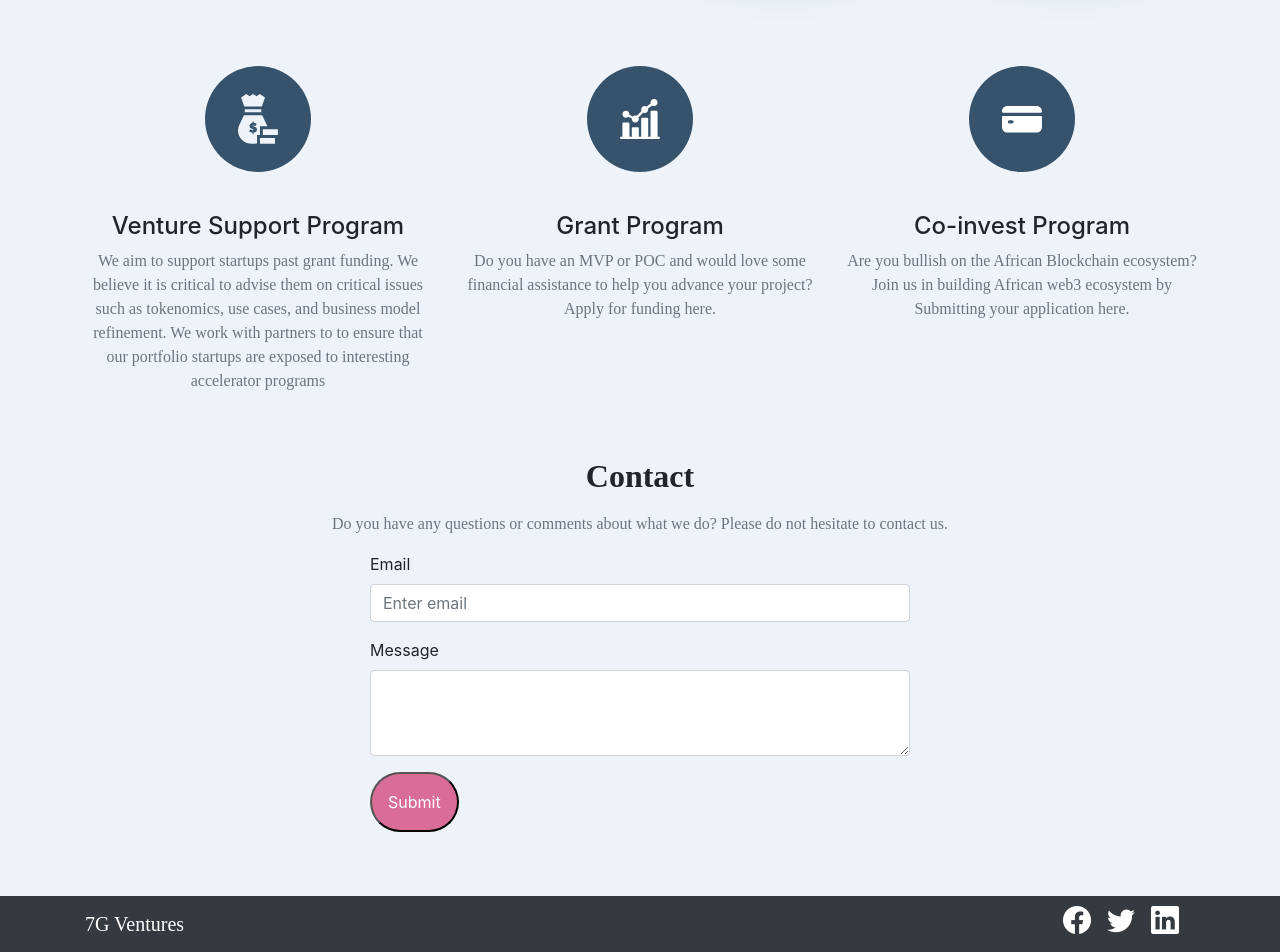
Repository: Jeremicarose/G7-venture
Page: index.html
These files come from the project's save history. The page is drawn as it stood at one moment and after the next save; the edit follows.
The browser window is 1280 px wide. The pictures show the part of the page from y = 2335 to 3287 px (the page is 3287 px tall).
A picture or video elsewhere on the page could not be fetched, so the positions and the page height are approximate.

Above is the page before, as saved 2023-02-03 19:13:14.

### index.html
<html lang="en">
  <head>
    <meta charset="UTF-8" />
    <meta http-equiv="X-UA-Compatible" content="IE=edge" />
    <meta name="viewport" content="width=device-width, initial-scale=1.0" />
    <title>Api</title>
    <link
      rel="stylesheet"
      href="https://cdn.jsdelivr.net/npm/bootstrap-icons@1.5.0/font/bootstrap-icons.css"
    />
    <link
      href="https://cdn.jsdelivr.net/npm/bootstrap@5.0.1/dist/css/bootstrap.min.css"
      rel="stylesheet"
      integrity="sha384-+0n0xVW2eSR5OomGNYDnhzAbDsOXxcvSN1TPprVMTNDbiYZCxYbOOl7+AMvyTG2x"
      crossorigin="anonymous"
    />
    <link
      rel="stylesheet"
      href="https://maxcdn.bootstrapcdn.com/bootstrap/4.0.0/css/bootstrap.min.css"
      integrity="sha384-Gn5384xqQ1aoWXA+058RXPxPg6fy4IWvTNh0E263XmFcJlSAwiGgFAW/dAiS6JXm"
      crossorigin="anonymous"
    />
    <link rel="stylesheet" href="style.css" />
  </head>
  <body>
    <!-- navbar -->
    <section>
      <nav class="navbar navbar-expand-md pt-3 pb-4">
        <nav class="navbar navbar-expand-lg navbar-light ">
          <a class="navbar-brand" href="#">7G Ventures</a>
          <button
            class="navbar-toggler"
            type="button"
            data-toggle="collapse"
            data-target="#navbarNav"
            aria-controls="navbarNav"
            aria-expanded="false"
            aria-label="Toggle navigation"
          >
            <span class="navbar-toggler-icon"></span>
          </button>
        </nav>

          <!-- navbar links -->
          <div
            class="collapse navbar-collapse justify-content-start align-center text-dark"
            id="main-nav"
          >
            <ul class="navbar-nav ps-4 text-white">
              <li class="nav-item">
                <a class="nav-link text-dark" href="#pricing">Ourstory</a>
              </li>
              <li class="nav-item ps-4">
                <a class="nav-link text-dark" href="#about">Programs</a>
              </li>
              <li class="nav-item ps-4">
                <a class="nav-link text-dark" href="#contact">Career</a>
              </li>
              <li class="nav-item ps-4">
                <a class="nav-link text-dark" href="#portfolio">Portfolio</a>
              </li>
              <li class="nav-item ps-4">
                <a class="nav-link text-dark" href="#contact">Contact</a>
              </li>
            </ul>
          </div>

        </div>
      </nav>
    </section>

    <!-- home page -->
    <section id="home-page" class="">
      <div class="container-lg">
        <div class="row g-4 justify-content-center align-items-center">
          <div class="col text-center text-md-start">
            <h1 class="fw-bold pb-5">
              Our Story.
            </h1>

            <p class="text-muted">
              We were established in response to the challenges young African web3 entrepreneurs have in accessing funding for the development and scaling of their innovative web3 solutions.
              We aim to democratise access to funding by making it smooth and simple to  regardless of where in Africa the founders may be from
              At 7G Ventures, we believe that the African web3 ecosystem can significantly thrive and address the majority of its pressing issues if given a level playing field, the attention it requires and the resources it needs.
            </p>
          </div>
          <div class="col text-center d-none d-md-block">
            <!-- tooltip -->
            <span>
              <img
                src="asset\hero-phone.png"
                class="img-fluid"
                alt="hero-phone"
              />
            </span>
          </div>
        </div>
      </div>
    </section>

    <!-- About -->
    <section id="about" class="bg-dark text-white">
      <div class="container-lg">
        <div class="row g-4 justify-content-center align-items-center">
          <div
            class="col text-center text-md-start mb-5 pb-5"
            style="background-image: url(assets\work-shape.png)"
          >
            <h2 class="fw-bold">What we do</h2>

            <p class=" text-secondary">
              <span class="fw-bold">Funding</span>- We collaborate with partners to give web3 entrepreneurs financial
              help as they develop innovative web3 solutions.
            </p>
            <p class=" text-secondary">
              <span class="fw-bold">Industry partnerships</span>- We progress in identifying areas of synergy and
              collaboration between us and other companies for the benefit of our portfolio companies.
            </p>
            <p class=" text-secondary">
              <span class="fw-bold">Consulting</span>- In order to examine the ideal areas of solution deployment, Use cases, and technical execution,
              we consult for both private and public sector enterprises.
            </p>
            <p class=" text-secondary">
              <span class="fw-bold">Capacity building and awareness</span>- We believe that an individual is only going to utilise the technology that he understands.
             That is why we devote the majority of our time and resources to raising awareness about the potential of next-generation technology
            </p>


            <a
              href="#aboutus"
              class="rounded-pill border border-light text-white py-3 px-5"
              >About Us</a
            >
          </div>
          <div class="col text-center d-none d-md-block p-4">
            <!-- tooltip -->
            <div class="row mb-4">
              <div class="col-lg-4 col-md-6">
                <img src="asset\coloured-teslsa.png" alt="teslsa" />
              </div>
              <div class="col-lg-4 col-md-6">
                <img src="asset\coloured-microsoft.png" alt="micro" />
              </div>
              <div class="col-lg-4 col-md-6">
                <img src="asset\coloured-hp.png " alt="hp" />
              </div>
              <div class="col-lg-4 col-md-6 pt-5 text-white">
                <img src="asset\coloured-oracle.png" alt="orac" />
              </div>
              <div class="col-lg-4 col-md-6 pt-5">
                <img src="asset\coloured-google.png" alt="google" />
              </div>
              <div class="col-lg-4 col-md-6 pt-5 ps-2">
                <img src="asset\coloured-nvidia.png" alt="nvidia" />
              </div>
            </div>
          </div>
        </div>
      </div>
    </section>

    <section id="portfolio" class="text-center py-5">
      <div class="container">
        <h2 class="fw-bold pb-2S">Portfolio</h2>
        <p class="description text-secondary">Meet the young companies that are shaping the future of the web</p>

        <div class="row">
          <div class="col-lg-3 col-md-6">
            <div class="card">
              <img src="smartbuilder_logo.png" alt="Smartbuilder Logo" class="card-img-top">
              <div class="card-body">
                <h4 class="card-title title">Smartbuilder</h4>
                <p class="card-text description text-secondary">Innovative web3 solutions</p>
              </div>
            </div>
          </div>

          <div class="col-lg-3 col-md-6">
            <div class="card">
              <img src="another_logo.png" alt="Another Logo" class="card-img-top">
              <div class="card-body">
                <h4 class="card-title title">Another Company</h4>
                <p class="card-text description text-secondary">Leading the charge in web3 technology</p>
              </div>
            </div>
          </div>

          <div class="col-lg-3 col-md-6">
            <div class="card">
              <img src="third_logo.png" alt="Third Logo" class="card-img-top">
              <div class="card-body">
                <h4 class="card-title title">Third Company</h4>
                <p class="card-text description text-secondary">Revolutionizing the web3 landscape</p>
              </div>
            </div>
          </div>

          <div class="col-lg-3 col-md-6">
            <div class="card">
              <img src="fourth_logo.png" alt="Fourth Logo" class="card-img-top">
              <div class="card-body">
                <h4 class="card-title title">Fourth Company</h4>
                <p class="card-text description text-secondary">Pioneers in web3 innovation and creativity</p>
              </div>
            </div>
          </div>
        </div>
      </div>
    </section>


    <!-- reviews list -->
    <section id="" class="">
      <div class="container-lg">
        <div class="row g-4 justify-content-center align-items-center">
          <div class="col text-center text-md-start">
            <h2 class="fw-bold pb-4">Career</h2>

            <p class="mb-5 text-secondary">
              We are always on the lookout for talented and driven individuals to join our team.
              If you are passionate about blockchain and have a record of success in a related field,
              we encourage you to apply for one of our open positions. We offer a dynamic and fast-paced work
              environment, as well as the opportunity to be at the forefront of the blockchain revolution
            </p>
          </div>
          <div class="col text-center d-none d-md-block">
            <!-- tooltip -->
            <span>
              <div class="row justify-content-end">
                <div class="col-lg-6">
                  <img src="asset\phone1.svg" class="img-fluid" alt="phone1" />
                </div>
                <div class="col-lg-6">
                  <img src="asset\phone2.svg" class="img-fluid" alt="phone2" />
                </div>
              </div>
            </span>
          </div>
        </div>
      </div>
    </section>

    <!-- contact form -->
    <section id="story" class="">
      <div class="container-lg">
        <div class="row g-4 text-center pt-5">
          <div class="col-lg-4 col-md-6 icon-box">
            <div class="icon pb-3 mb-4">
              <img src="asset\finances.svg" alt="" />
            </div>
            <h4 class="title">Venture Support Program</h4>
            <p class="description text-secondary">
              We aim to support startups past grant funding. We believe it is critical to
              advise them on critical issues such as tokenomics, use cases, and business model refinement.
              We work with partners to to ensure that our portfolio startups are exposed to interesting accelerator programs
            </p>
          </div>
          <div class="col-lg-4 col-md-6 icon-box">
            <div class="icon pb-3 mb-4">
              <img src="asset\banking.svg" alt="" />
            </div>
            <h4 class="title">Grant Program</h4>
            <p class="description text-secondary">
              Do you have an MVP or POC and would love some financial
              assistance to help you advance your project? Apply for funding here.
            </p>
          </div>
          <div class="col-lg-4 col-md-6 icon-box">
            <div class="icon pb-3 mb-4">
              <img src="asset\payments.svg" alt="" />
            </div>
            <h4 class="title">Co-invest Program</h4>
            <p class="description text-secondary">
              Are you bullish on the African Blockchain ecosystem?
              Join us in building African web3 ecosystem by Submitting your application here.
            </p>
          </div>
        </div>
      </div>
    </section>

    <!-- register -->
    <!-- Sixth Section: Contact Us -->
    <section id="contact" class="py-5">
      <div class="container">
        <h2 class="fw-bold pb-2 text-center">Contact</h2>
        <p class="description text-secondary text-center">Do you have any questions or comments about what we do? Please do not hesitate to contact us.</p>

        <div class="row">
          <div class="col-lg-6 mx-auto">
            <form>
              <div class="form-group">
                <label for="email">Email</label>
                <input type="email" class="form-control" id="email" placeholder="Enter email">
              </div>
              <div class="form-group">
                <label for="message">Message</label>
                <textarea class="form-control" id="message" rows="3"></textarea>
              </div>
              <button type="submit" class="rounded-pill p-3 m text-white"
              style="background-color: #da6d97">Submit</button>
            </form>
          </div>
        </div>

      </div>
    </section>

    <!-- contact -->
    <section id="contact" class="bg-dark">
      <nav class="navbar navbar-expand-md navbar-dark text-white pt-2 pb-2">
        <div class="container align-items-center">
          <!-- navbar brand  -->
          <a class="navbar-brand" href="#">7G Ventures</a>

          <!-- navbar links -->
          <div
            class="collapse navbar-collapse justify-content-start align-center"
            id="main-nav"
          >

          </div>

          <ul class="navbar-nav">
            <li class="nav-item pe-3">
              <h3><i class="bi bi-facebook"></i></h3>
            </li>
            <li class="nav-item pe-3">
              <h3><i class="bi bi-twitter"></i></h3>
            </li>
            <li class="nav-item pe-3">
              <h3><i class="bi bi-linkedin"></i></h3>
            </li>
          </ul>
        </div>
      </nav>
    </section>
  </body>
</html>

### style.css
a,
p {
  text-decoration: none;
  font-family: "public sans";
}
h1,
h2 {
  font-family: "dm serif text";
}

section {
  background-color: #eef3f9;
}

After the next save:
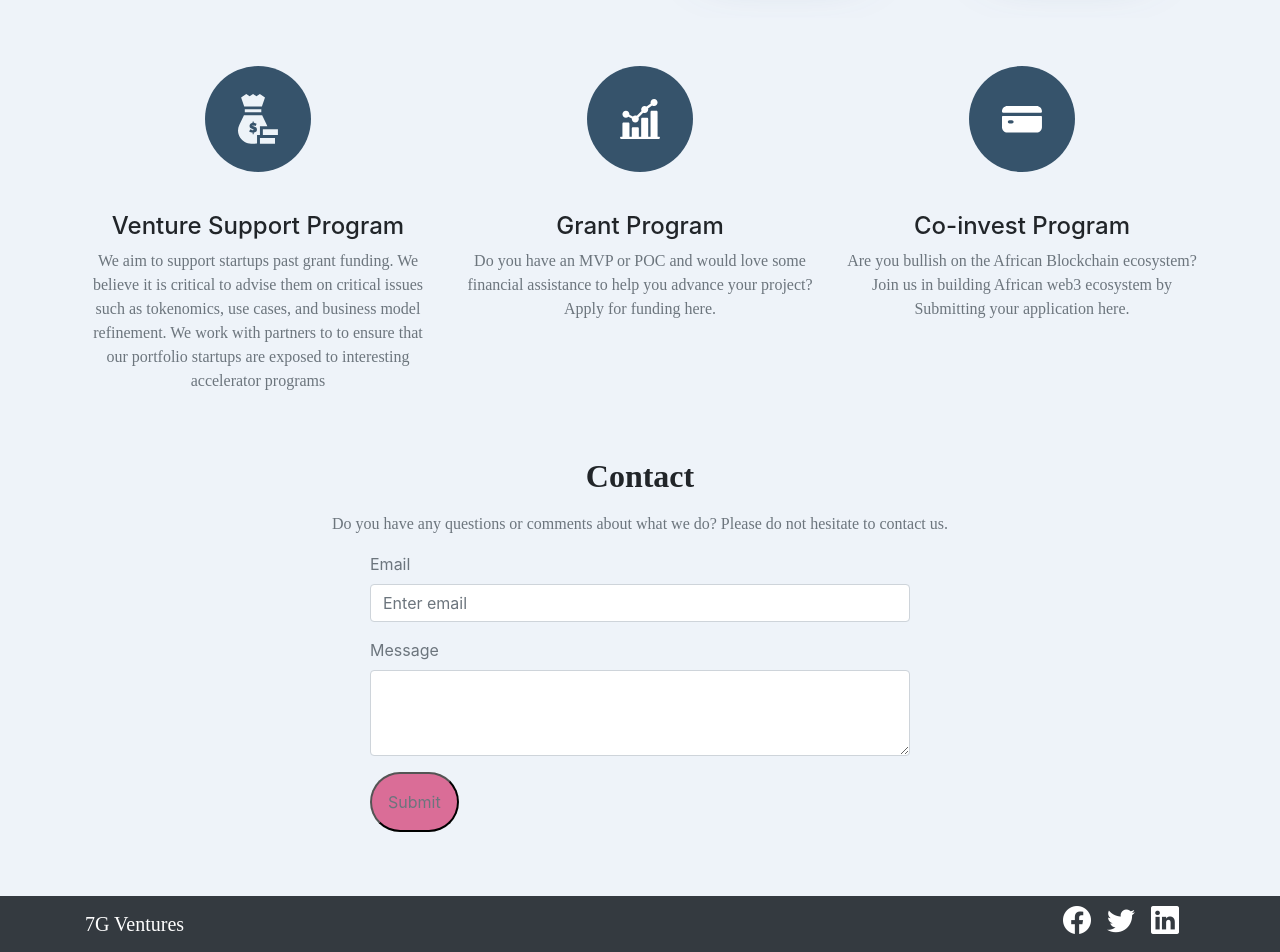
Saved 88 s later.
--- a/index.html
+++ b/index.html
@@ -289,15 +289,15 @@
         <div class="row">
           <div class="col-lg-6 mx-auto">
             <form>
-              <div class="form-group">
+              <div class="form-group description text-secondary">
                 <label for="email">Email</label>
                 <input type="email" class="form-control" id="email" placeholder="Enter email">
               </div>
-              <div class="form-group">
+              <div class="form-group description text-secondary">
                 <label for="message">Message</label>
                 <textarea class="form-control" id="message" rows="3"></textarea>
               </div>
-              <button type="submit" class="rounded-pill p-3 m text-white"
+              <button type="submit" class="rounded-pill p-3 m  description text-secondary"
               style="background-color: #da6d97">Submit</button>
             </form>
           </div>
